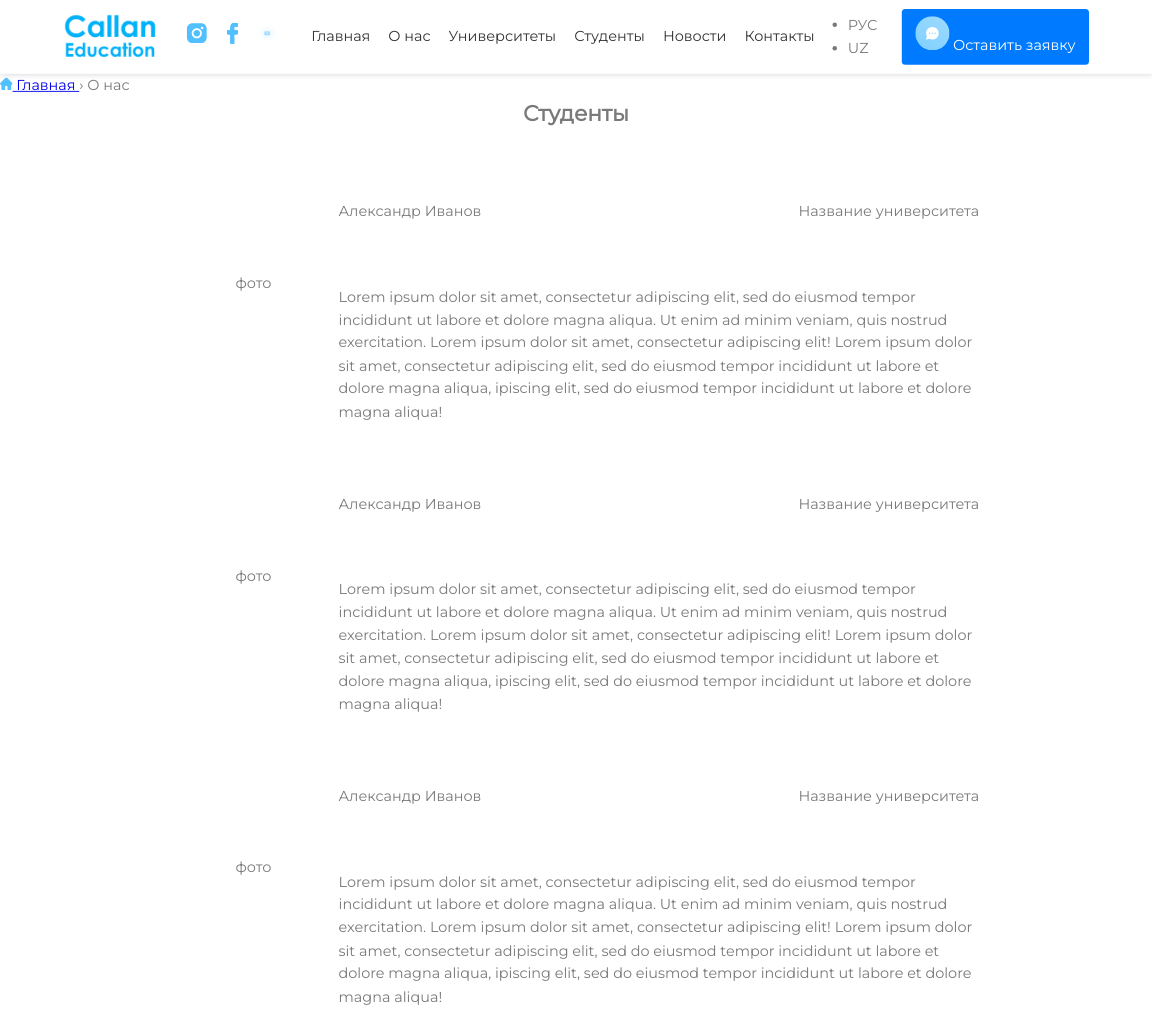
Repository: olyakorzh/Team-project-1
Page: assets/pages/students.html
These files come from the project's save history. The page is drawn as it stood at one moment and after the next save; the edit follows.
The browser window is 1280 px wide. The pictures show the whole page, at 90% of full size.

Above is the page before, as saved 2024-12-07 10:22:17.

After the next save:
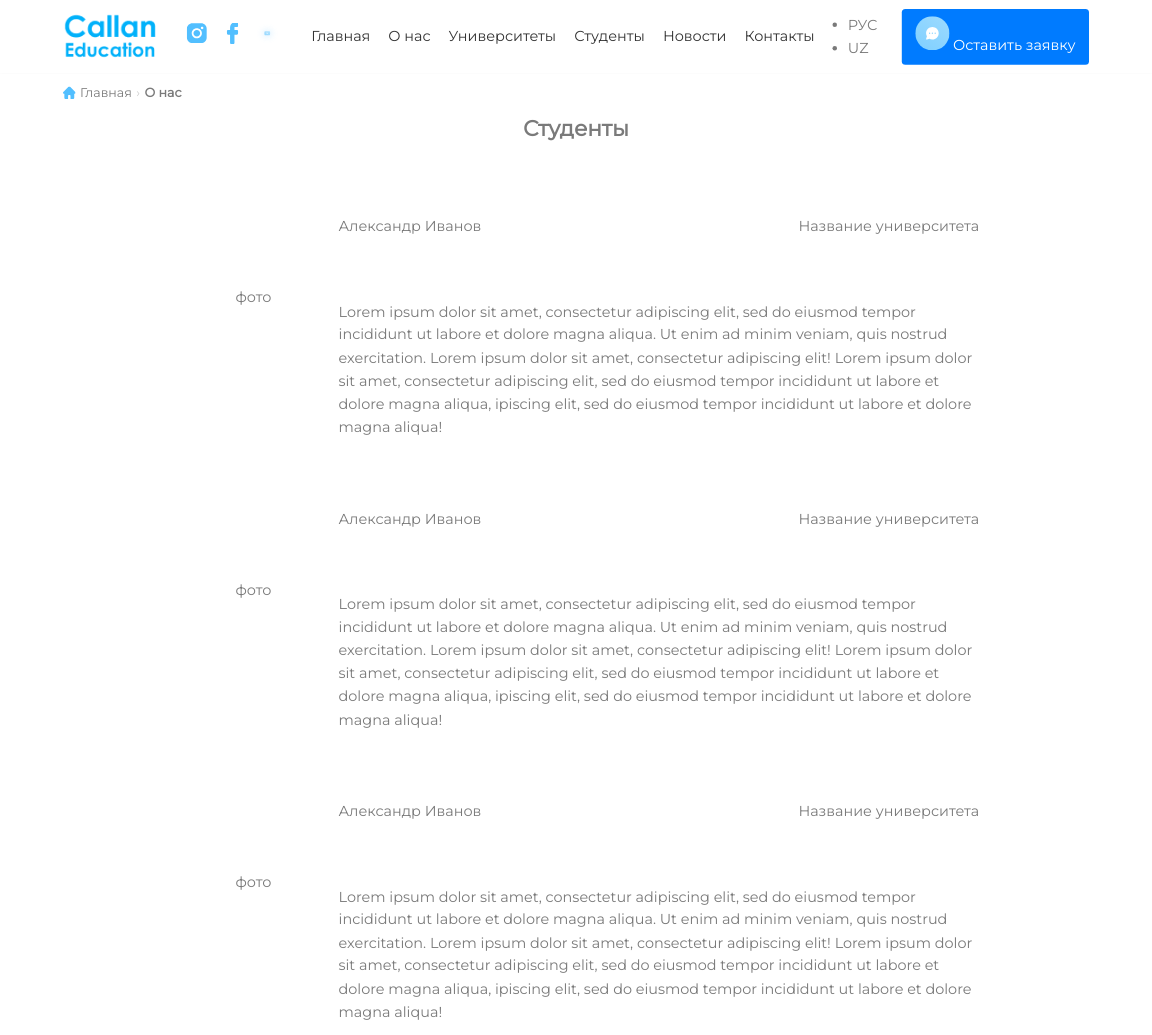
Saved 4 s later.
--- a/assets/styles/students.css
+++ b/assets/styles/students.css
@@ -100,7 +100,49 @@
     background-color: #0056b3;
   }
 
+  .navigation-path {
+    background-color: white;
+    padding: 10px 0;
+    font-size: 14px;
+    color: #7a7a7a;
+  }
 
+  .navigation-path__container {
+    display: flex;
+    align-items: center;
+    gap: 5px;
+    max-width: 1140px;
+    margin: 0 auto;
+  }
+
+  .navigation-path__link {
+    text-decoration: none;
+    color: #7a7a7a;
+    display: flex;
+    align-items: center;
+    gap: 5px;
+    transition: color 0.3s ease;
+  }
+
+  .navigation-path__link:hover {
+    color: #52bfff;
+  }
+
+  .navigation-path__icon {
+    width: 14px;
+    height: 14px;
+    display: block;
+  }
+
+  .navigation-path__separator {
+    color: #ccc;
+    font-size: 14px;
+  }
+
+  .navigation-path__current {
+    color: #7a7a7a;
+    font-weight: bold;
+  }
 
   .containerstudent{
     display: grid;
